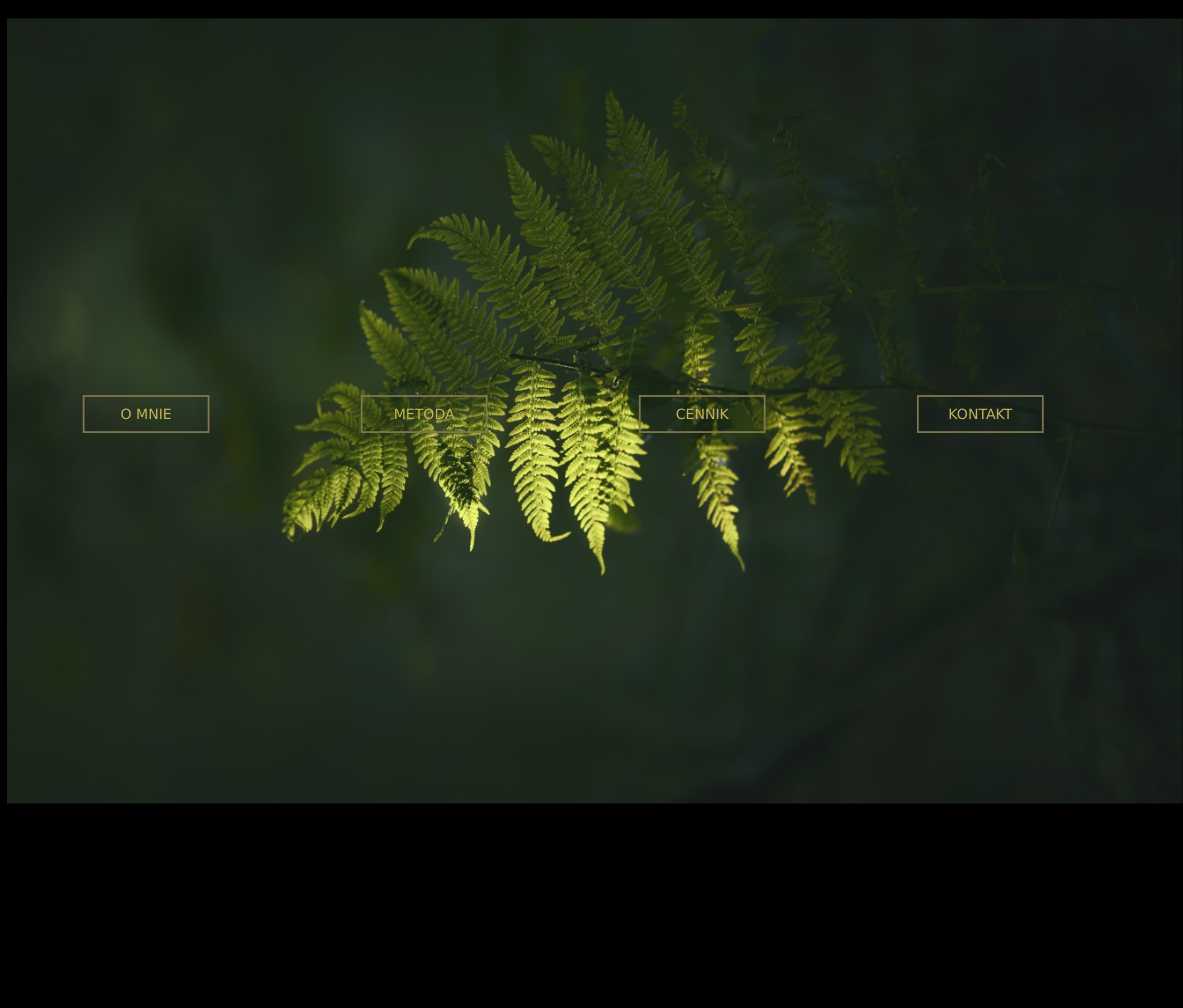
Repository: LechCieslak/Anna_Cieslak_v2.1
Page: index.html
These files come from the project's save history. The page is drawn as it stood at one moment and after a run of saves; the edit follows.
The browser window is 1280 px wide. The page is 1344 px wide, then 1280 px, so the pictures cover 1344 px, including what lies to the right of the window. The pictures show the whole page, at 88% of full size.

Above is the page before, as saved 2020-08-29 00:55:13.

After the next 2 saves:
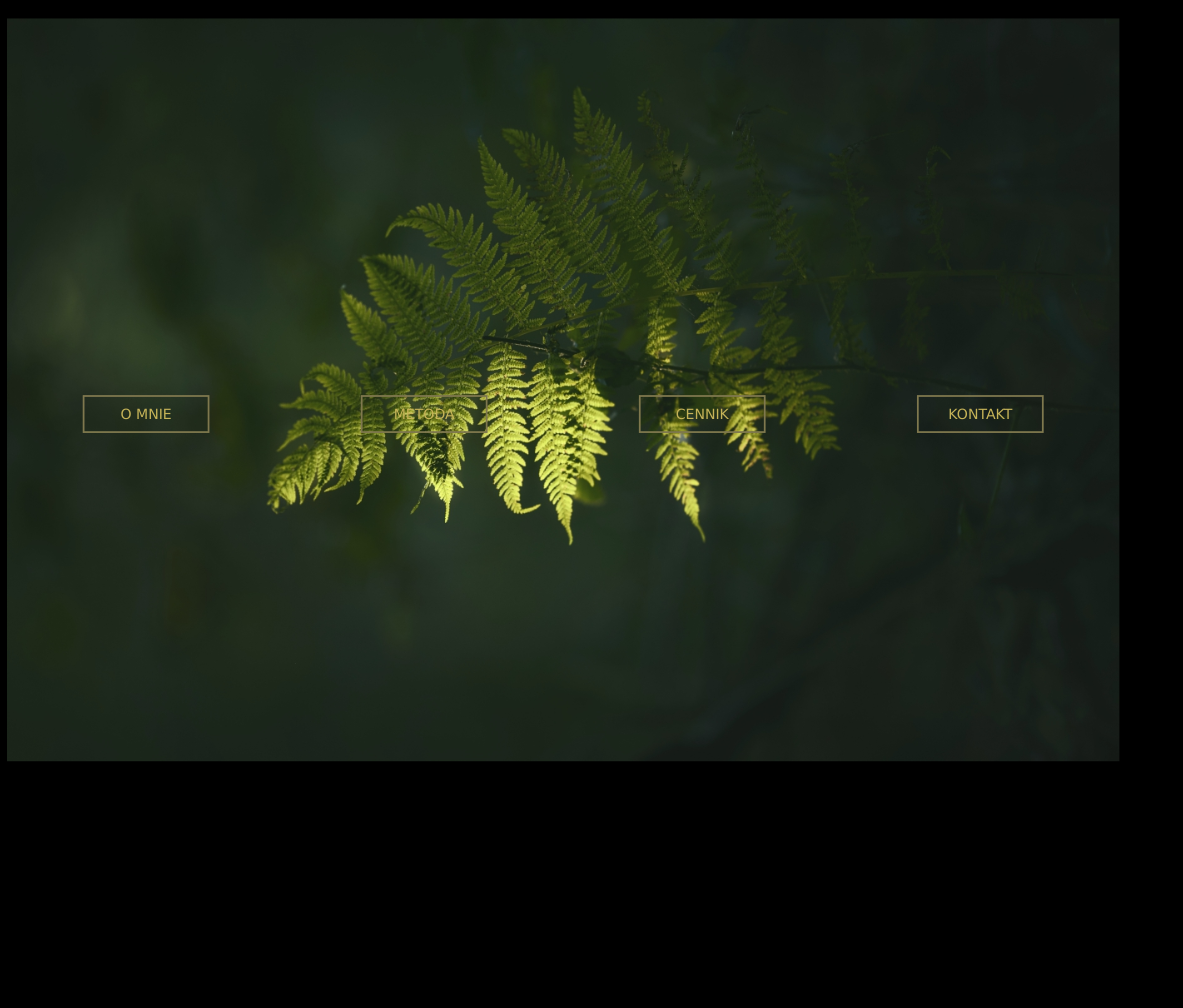
The 2 saves are shown as one change because they came seconds apart.
The last was saved 6 s later.
--- a/style.css
+++ b/style.css
@@ -29,7 +29,7 @@ body {
     position: absolute;
     left: 0;
     top: 0;
-    wi
+    width: 100%;
 }
 
 main {
